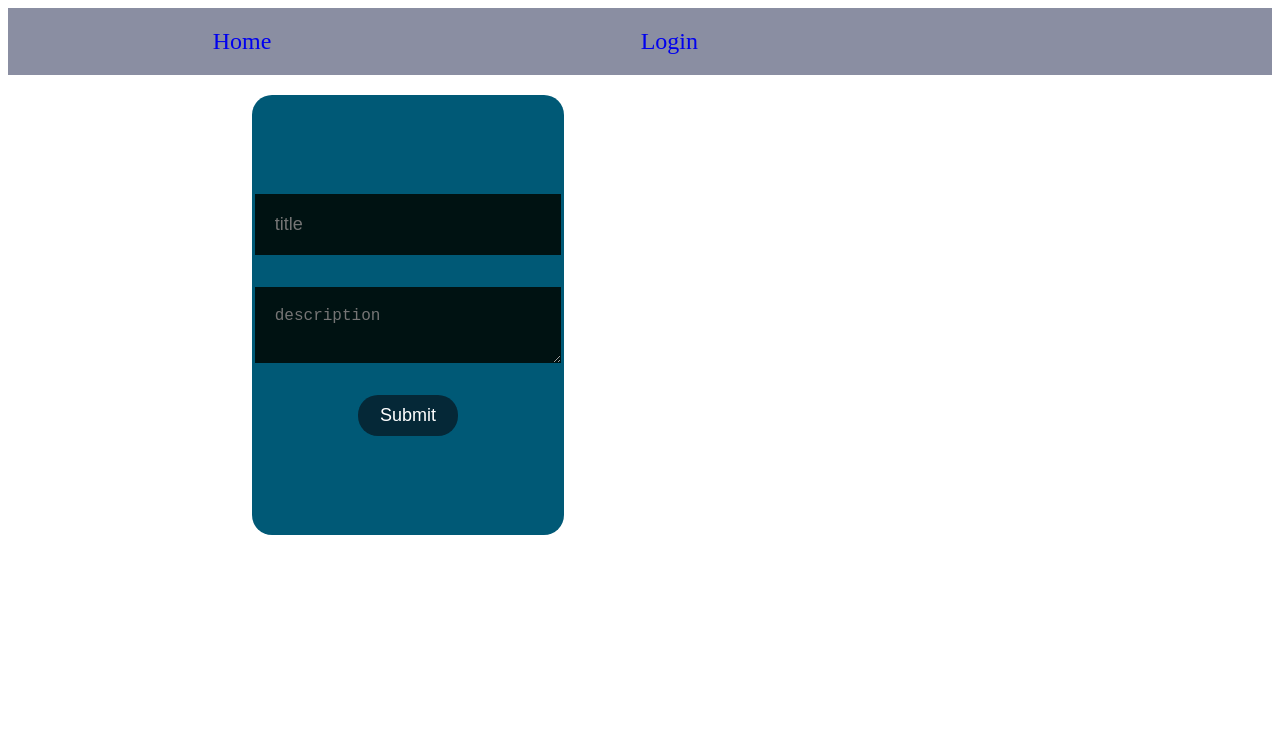
Repository: albinsabu2023/postapp
Page: /createpost
The author's editor kept a copy of each file at every save. The page is drawn from the files as they stood at one save, then again after the next save.
The browser window is 1280 px wide. The pictures show the whole page.
The project was rebuilt for these pictures with package versions that can differ from the ones it lists, and the page was loaded fresh each time. Also part of the build but not shown: src/index.css, src/Components/main/PostCard.css, src/Components/main/PostCard.tsx, src/Components/main/Home.css, src/Components/main/Home.tsx, src/Components/Login.tsx.

Above is the page before, as saved 2024-02-06 03:24:46.

### src/index.tsx
import React from 'react';
import ReactDOM from 'react-dom/client';
import "./index.css"
import App from './App';

const root = ReactDOM.createRoot(
  document.getElementById('root') as HTMLElement
);
root.render(
  <React.StrictMode>
    <App />
  </React.StrictMode>
);

### src/App.tsx
import  {BrowserRouter as Router,Routes,Route} from "react-router-dom"
import './App.css';
import Home from "./Components/main/Home";
import Login from "./Components/Login";
import Navbar from "./Components/Navbar";
import CreatePosts from "./create-post/CreatePosts";


function App() {
  return (
    <div className="App">
      <Router>
         <Navbar/>
        <Routes>
          <Route path ="/" element={<Home/>}/>
          <Route path="/login" element={<Login/>}/>
          <Route path="/createpost" element={<CreatePosts/>}/>
        </Routes>
      </Router>
    </div>
  );
}

export default App;

### src/App.css
.App{

  height: 100vh;

}

### src/Components/Navbar.tsx

import { Link } from 'react-router-dom'
import  "./Navbar.css"
import {auth } from  "../config/firebase"
import { useAuthState } from 'react-firebase-hooks/auth'
import { signOut } from 'firebase/auth'
function Navbar() {
    const  [user] =useAuthState(auth);
    const signUserOut =async ()=>{
        await signOut(auth);
    }
  return (
    <div className="navContainer">
        <Link to ="/">Home</Link>

        {
            !user ?
            <Link to ="Login">Login</Link> :
            <Link to ="/createpost">CreatePost</Link>
        }
        <div>
            {user&&
            <>
            <p>{user?.displayName}</p>
            <img src={user?.photoURL|| "" } alt="" width="30" height="30"
            />
            <button onClick={signUserOut}>Logout</button>
            </>
            }
        </div>


    </div>
  )
}

export default Navbar

### src/create-post/CreatePosts.tsx
import React from 'react'
import CreateForm from './CreateForm'
import "./CreatePost.css"
function CreatePosts() {



  return (
    <div  className="formContainer">
        <CreateForm />

    </div>
  )
}

export default CreatePosts

### src/config/firebase.ts
// Import the functions you need from the SDKs you need
import { initializeApp } from "firebase/app";
import {getAuth,GoogleAuthProvider} from "firebase/auth"
// Your web app's Firebase configuration
import {getFirestore} from "firebase/firestore"
const firebaseConfig = {
  apiKey: "AIzaSyAXzQPkCsYKttYouVkFv4r2aLbj-85i5zE",
  authDomain: "react-course-dd6fc.firebaseapp.com",
  projectId: "react-course-dd6fc",
  storageBucket: "react-course-dd6fc.appspot.com",
  messagingSenderId: "692642929267",
  appId: "1:692642929267:web:22ba5d27ba69920755e806"
};
// Initialize Firebase
const app = initializeApp(firebaseConfig);
export const auth=getAuth(app);
export const provider = new GoogleAuthProvider();
export const db =getFirestore(app)

### src/Components/Navbar.css
.navContainer{
    display: flex;
    align-items: center;
    justify-content: space-around;
    background-color: rgb(138, 142, 162);
    padding: 20px;



}
.navContainer :link{
    text-decoration:none;
    text-decoration-color: rgb(128, 127, 127);
    font-size: x-large;

}

### src/create-post/CreateForm.tsx
import React from 'react'
import "./CreateForm.css"
import  {useForm} from "react-hook-form"
import * as yup from "yup"
import {yupResolver} from "@hookform/resolvers/yup"
import {auth,db} from "../config/firebase"
import { useAuthState } from 'react-firebase-hooks/auth'
import { addDoc,collection } from 'firebase/firestore'
import { useNavigate } from 'react-router-dom'
interface CreateFormData {
  title:string,
  description:string,

}
function CreateForm() {
  const navigate =useNavigate();
  const [user]=useAuthState(auth);
  const schema =yup.object().shape({
    title:yup.string().required("hei enter title"),
    description:yup.string().required("enter the description"),


  })
  const postRef =collection (db,"posts");

  const  {register,handleSubmit,formState:{errors}}=useForm<CreateFormData>({
     resolver :yupResolver(schema),
  })
  const createpost =async (data:CreateFormData)=>{
    await addDoc(postRef,{
      title:data.title,
      description:data.description,
      username :user?.displayName ,
      userId:user?.uid
    })
    navigate("/");

  }
  return (
    <form onSubmit ={handleSubmit(createpost)}>
      <input placeholder='title' {...register("title")}/>
      <p className="warning">{errors.title?.message}</p>
      <textarea placeholder='description' maxLength={60} {...register("description")}/>
      <p className='warning'>{errors.description?.message}</p>
      <input  className='submitButton' type="submit" />

    </form>
  )
}

export default CreateForm

### src/create-post/CreatePost.css
.formContainer{
   display:flex;
   align-items: center;
   justify-content: center;
   max-width: 800px;
}

### src/create-post/CreateForm.css
form{
    display: flex;
    flex-direction:column;
    padding: 20px;
    background-color: rgb(0, 89, 118);
    align-items: center;
    justify-content: center;
    margin: 20px;
    border-radius: 20px;
    height: 400px;

    overflow: hidden;
}
form input,textarea{
    background-color: rgb(0, 18, 18);
    padding: 20px;

    width: 98%;
    color: white;
    font-size: large;
    border: none;

}

form input,textarea:focus {
    outline:none
}
.submitButton{
    background-color:rgb(5, 40, 55);
    border-radius: 20px;
    width: 100px;
    cursor: pointer;
    padding: 10px;


}
.submitButton:hover {
    background-color: rgb(1, 4, 6);
    border-radius: 20px;
    width: 100px;
    cursor: pointer;


}

Loaded but not shown: public/index.html (common file)

After the next save:
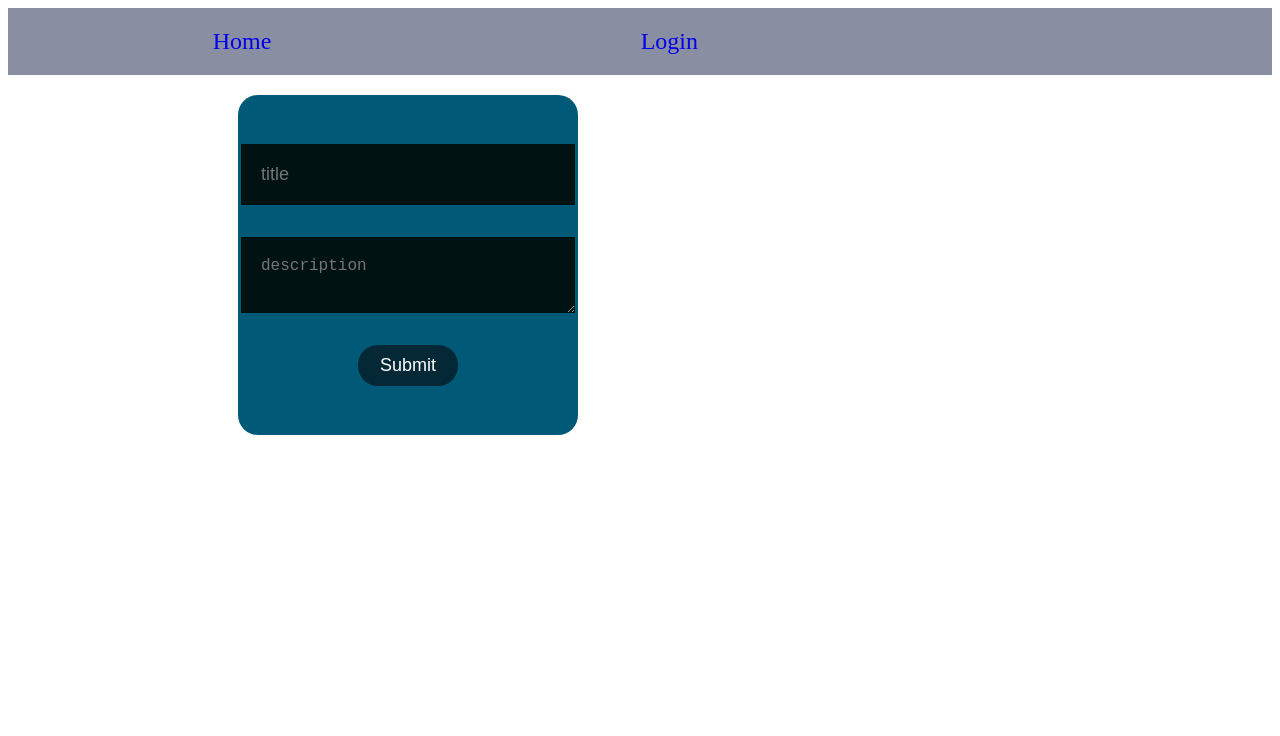
Saved 18 s later.
--- a/src/create-post/CreateForm.css
+++ b/src/create-post/CreateForm.css
@@ -7,7 +7,8 @@ form{
     justify-content: center;
     margin: 20px;
     border-radius: 20px;
-    height: 400px;
+    height: 300px;
+    width: 300px;
 
     overflow: hidden;
 }
